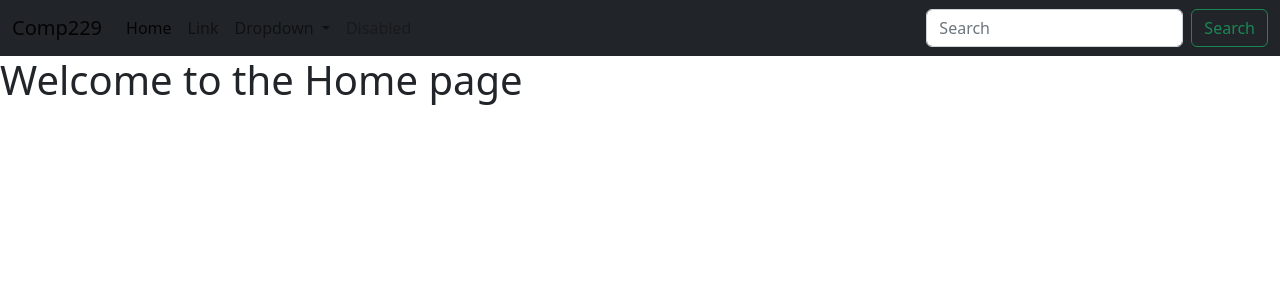
Repository: nhoque7/week3t.2
Page: http://localhost/
These files come from the project's save history. The page is drawn as it stood at one moment and after the next save; the edit follows.
The browser window is 1280 px wide. The pictures show the whole page.
The page is served by the project's Node server (server.js). Other server files are loaded and not shown.

Above is the page before, as saved 2022-10-13 14:23:35.

### views/index.ejs
<!DOCTYPE html>
<html lang="en">
<head>
  <meta charset="UTF-8">
  <meta http-equiv="X-UA-Compatible" content="IE=edge">
  <meta name="viewport" content="width=device-width, initial-scale=1.0">
  <title><%= title %></title>
  <!-- CSS Section -->
  <link rel="stylesheet" href="/bootstrap/dist/css/bootstrap.min.css">
  <link rel="stylesheet" href="/@fortawesome/fontawesome-free/css/all.min.css">
  <link rel='stylesheet' href='/Content/app.css' />

</head>
<body>
  <!--Main Navigation-->
  <nav class="navbar navbar-expand-lg bg-dark">
    <div class="container-fluid">
      <a class="navbar-brand" href="#">Comp229</a>
      <button class="navbar-toggler" type="button" data-bs-toggle="collapse" data-bs-target="#navbarSupportedContent" aria-controls="navbarSupportedContent" aria-expanded="false" aria-label="Toggle navigation">
        <span class="navbar-toggler-icon"></span>
      </button>
      <div class="collapse navbar-collapse" id="navbarSupportedContent">
        <ul class="navbar-nav me-auto mb-2 mb-lg-0">
          <li class="nav-item">
            <a class="nav-link active" aria-current="page" href="#">Home</a>
          </li>
          <li class="nav-item">
            <a class="nav-link" href="#">Link</a>
          </li>
          <li class="nav-item dropdown">
            <a class="nav-link dropdown-toggle" href="#" role="button" data-bs-toggle="dropdown" aria-expanded="false">
              Dropdown
            </a>
            <ul class="dropdown-menu">
              <li><a class="dropdown-item" href="#">Action</a></li>
              <li><a class="dropdown-item" href="#">Another action</a></li>
              <li><hr class="dropdown-divider"></li>
              <li><a class="dropdown-item" href="#">Something else here</a></li>
            </ul>
          </li>
          <li class="nav-item">
            <a class="nav-link disabled">Disabled</a>
          </li>
        </ul>
        <form class="d-flex" role="search">
          <input class="form-control me-2" type="search" placeholder="Search" aria-label="Search">
          <button class="btn btn-outline-success" type="submit">Search</button>
        </form>
      </div>
    </div>
  </nav>
  <h1>Welcome to the <%= title %> page</h1>





    <!-- Script Section -->
    <script src="/jquery/dist/jquery.min.js"></script>
    <script src="/bootstrap/dist/js/bootstrap.min.js"></script>
    <script src="/Scripts/app.js"></script>

</body>
</html>

### server.js
#!/usr/bin/env node

/**
 * Module dependencies.
 */

var app = require('./app');
var debug = require('debug')('week3.t.2:server');
var http = require('http');

/**
 * Get port from environment and store in Express.
 */

var port = normalizePort(process.env.PORT || '3000');
app.set('port', port);

/**
 * Create HTTP server.
 */

var server = http.createServer(app);

/**
 * Listen on provided port, on all network interfaces.
 */

server.listen(port);
server.on('error', onError);
server.on('listening', onListening);

/**
 * Normalize a port into a number, string, or false.
 */

function normalizePort(val) {
  var port = parseInt(val, 10);

  if (isNaN(port)) {
    // named pipe
    return val;
  }

  if (port >= 0) {
    // port number
    return port;
  }

  return false;
}

/**
 * Event listener for HTTP server "error" event.
 */

function onError(error) {
  if (error.syscall !== 'listen') {
    throw error;
  }

  var bind = typeof port === 'string'
    ? 'Pipe ' + port
    : 'Port ' + port;

  // handle specific listen errors with friendly messages
  switch (error.code) {
    case 'EACCES':
      console.error(bind + ' requires elevated privileges');
      process.exit(1);
      break;
    case 'EADDRINUSE':
      console.error(bind + ' is already in use');
      process.exit(1);
      break;
    default:
      throw error;
  }
}

/**
 * Event listener for HTTP server "listening" event.
 */

function onListening() {
  var addr = server.address();
  var bind = typeof addr === 'string'
    ? 'pipe ' + addr
    : 'port ' + addr.port;
  debug('Listening on ' + bind);
}

### routes/index.js
var express = require('express');
var router = express.Router();

/* GET home page. */
router.get('/', function(req, res, next) {
  res.render('index',
    { title: 'Home'});
});
/* GET home page. */
router.get('/home', function(req, res, next) {
  res.render('index',
    { title: 'Home'});
});
/* GET About page. */
router.get('/about', function(req, res, next) {
  res.render('index',
    { title: 'About'});
});
/* GET Products page. */
router.get('/products', function(req, res, next) {
  res.render('index',
    { title: 'Products'});
});
/* GET Services page. */
router.get('/services', function(req, res, next) {
  res.render('index',
    { title: 'Services'});
});

/* GET Contact Us page. */
router.get('/contact', function(req, res, next) {
  res.render('index',
    { title: 'Contact Us'});
});

module.exports = router;

### app.js
let createError = require('http-errors');
let express = require('express');
let path = require('path');
let cookieParser = require('cookie-parser');
let logger = require('morgan');

let indexRouter = require('./routes/index');
let usersRouter = require('./routes/users');

let app = express();

// view engine setup
app.set('views', path.join(__dirname, 'views'));
app.set('view engine', 'ejs');

app.use(logger('dev'));
app.use(express.json());
app.use(express.urlencoded({ extended: false }));
app.use(cookieParser());
app.use(express.static(path.join(__dirname, 'public')));
app.use(express.static(path.join(__dirname, 'node_modules')));

app.use('/', indexRouter);
app.use('/users', usersRouter);

// catch 404 and forward to error handler
app.use(function(req, res, next) {
  next(createError(404));
});

// error handler
app.use(function(err, req, res, next) {
  // set locals, only providing error in development
  res.locals.message = err.message;
  res.locals.error = req.app.get('env') === 'development' ? err : {};

  // render the error page
  res.status(err.status || 500);
  res.render('error');
});

module.exports = app;

### public/Content/app.css
/*custom css goes here

### public/Scripts/app.js
// IIFE -- Immediately Invoked Function Expression
(function(){
    function Start()
    {
        console.log("App Started...");
    }
    window.addEventListener("load", Start);

});

After the next save:
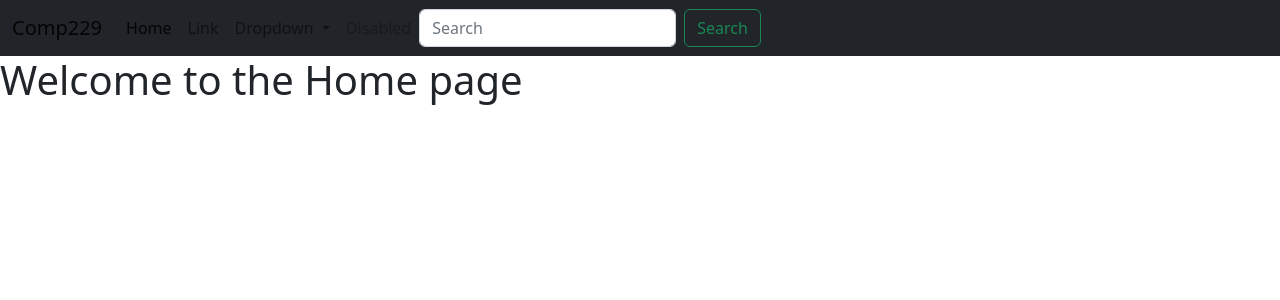
Saved 5 min 19 s later.
--- a/views/index.ejs
+++ b/views/index.ejs
@@ -19,8 +19,9 @@
       <button class="navbar-toggler" type="button" data-bs-toggle="collapse" data-bs-target="#navbarSupportedContent" aria-controls="navbarSupportedContent" aria-expanded="false" aria-label="Toggle navigation">
         <span class="navbar-toggler-icon"></span>
       </button>
+
       <div class="collapse navbar-collapse" id="navbarSupportedContent">
-        <ul class="navbar-nav me-auto mb-2 mb-lg-0">
+        <ul class="navbar-nav ml-auto mb-2 mb-lg-0">
           <li class="nav-item">
             <a class="nav-link active" aria-current="page" href="#">Home</a>
           </li>

After the 2 saves that followed:
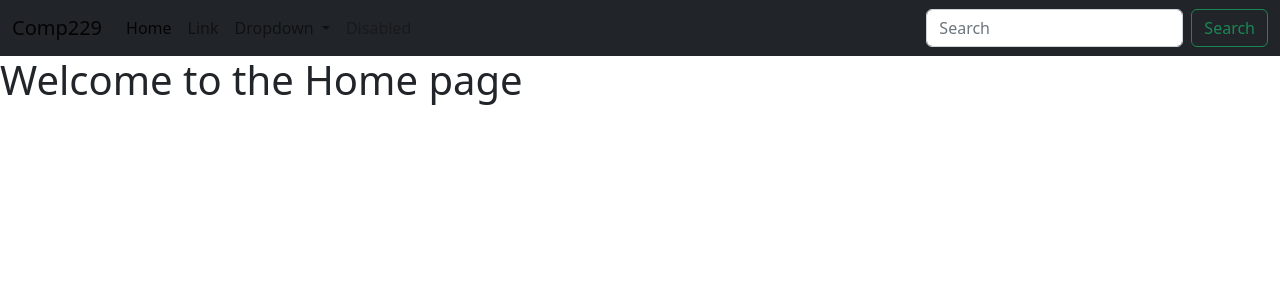
The 2 saves are shown as one change because 1 left the picture as it was.
The last was saved 80 s later.
--- a/views/index.ejs
+++ b/views/index.ejs
@@ -21,7 +21,7 @@
       </button>
 
       <div class="collapse navbar-collapse" id="navbarSupportedContent">
-        <ul class="navbar-nav ml-auto mb-2 mb-lg-0">
+        <ul class="navbar-nav me-auto mb-2 mb-lg-0">
           <li class="nav-item">
             <a class="nav-link active" aria-current="page" href="#">Home</a>
           </li>
